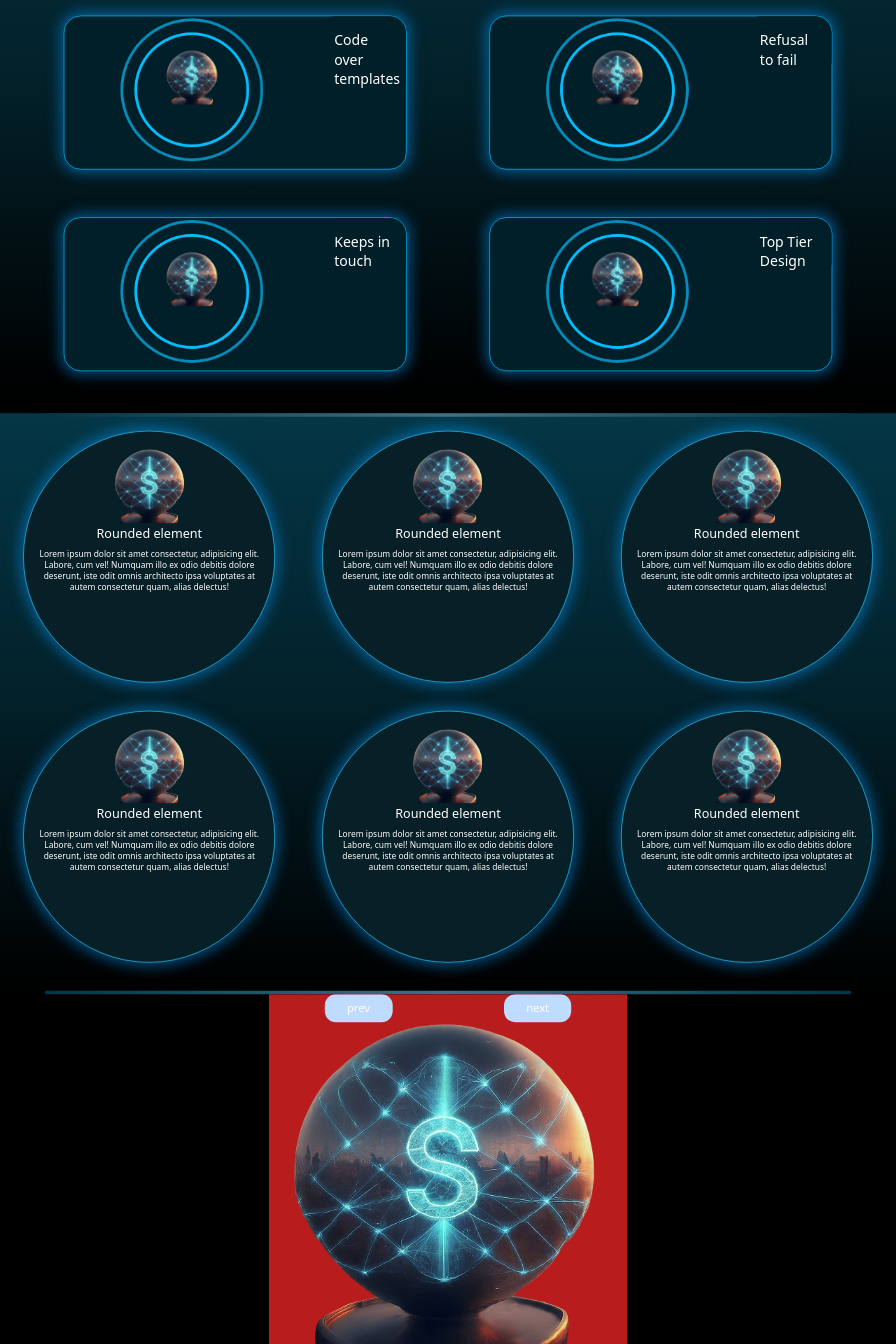
Repository: TMuse333/q3-desings2
Page: /
The author's editor kept a copy of each file at every save. The page is drawn from the files as they stood at one save, then again after a run of saves.
The browser window is 1280 px wide. The pictures show the part of the page from y = 1046 to 2966 px (the page is 2966 px tall), at 70% of full size.
The project was rebuilt for these pictures with package versions that can differ from the ones it lists, and the page was loaded fresh each time. Also part of the build but not shown: vite.config.ts.

Above is the page before, as saved 2024-05-11 13:43:11.

### src/main.tsx
import React from 'react'
import ReactDOM from 'react-dom/client'
import App from './App.js'
import './index.css'
import {ContextProvider} from './context/context'

ReactDOM.createRoot(document.getElementById('root')!).render(
  <ContextProvider>
  <React.StrictMode>
    <App />
  </React.StrictMode>
  </ContextProvider>,
)

### src/App.tsx


import './App.css'

import Homepage from './components/homepage/homepage'

function App() {


  return (
    <>
<Homepage/>
    </>
  )
}

export default App

### src/index.css
@tailwind base;
@tailwind components;
@tailwind utilities;

#root{
    background-color: black;
    height:100vh;
}

body{
    background-color: black;
}

button{
    padding:0.5rem 2rem;
    background-color: black;
    color:white;
    border-radius: 1rem;
}

h1{
    color:white;
    font-size: 2rem;
}

p{
    color:white;
    /* font-size: 1.5rem; */
}

button{
    background-color: #00769e;
}

.glow {
    box-shadow: 0 0 20px 5px #3e7384;
    box-shadow: 0 0 20px 5px #003647;
box-shadow: 0 0 20px 5px rgba(2, 148, 245, 0.5);
}

.glow:hover{
    box-shadow: 0 0 40px 5px rgba(2, 148, 245, 0.5);
}

### src/context/context.tsx
import React, { createContext, useState, useContext, ReactNode, useEffect } from 'react';

// Define the type for the context value
interface GeneralContextType {
  textYPosition: number;
  setTextYPosition: React.Dispatch<React.SetStateAction<number>>;
  isMobile: boolean;
  setIsMobile: React.Dispatch<React.SetStateAction<boolean>>;
  setSecondCircleComplete:React.Dispatch<React.SetStateAction<boolean[]>>;
  secondCircleComplete: boolean[];
  isMobile2: boolean;
  setIsMobile2: React.Dispatch<React.SetStateAction<boolean>>;
  handleCircleComplete: (index: number, value: boolean) => void;
}

// Create the context
export const GeneralContext = createContext<GeneralContextType | undefined>(undefined);

// Create a provider component
export const ContextProvider: React.FC<{ children: ReactNode }> = ({ children }) => {
  // Initialize the value state
  const [textYPosition, setTextYPosition] = useState<number>(0);

  // Detect mobile devices
  const [isMobile, setIsMobile] = useState<boolean>(window.innerWidth <= 655);

  const [isMobile2, setIsMobile2] = useState<boolean>(window.innerWidth <= 655);

  const [secondCircleComplete, setSecondCircleComplete] = useState<boolean[]>(
    Array.from({ length: 7 }, () => false)
  );

  const handleCircleComplete = (index: number, value: boolean) => {
    setSecondCircleComplete((prev) => {
      const newState = [...prev]; // Create a copy of the previous state array
      newState[index] = value; // Update the value at the specified index
      return newState; // Return the new state array
    });
  };



  useEffect(() => {
    const handleScroll = () => {
      setIsMobile(window.innerWidth <= 655);
    };
    window.addEventListener('scroll', handleScroll);
    handleScroll();

    return () => {
      window.removeEventListener('scroll', handleScroll);
    };
  }, []);

  useEffect(() => {
    const handleScroll = () => {
      setIsMobile2(window.innerWidth <= 400);
    };
    window.addEventListener('scroll', handleScroll);
    handleScroll();

    return () => {
      window.removeEventListener('scroll', handleScroll);
    };
  }, []);

  useEffect(() => {
    console.log('is mobile', isMobile);
  }, [isMobile]);

  const contextValue = {
    textYPosition,
    setTextYPosition,
    isMobile,
    setIsMobile,
    secondCircleComplete,
    setSecondCircleComplete,
    isMobile2,
    setIsMobile2,
    handleCircleComplete
  };

  return <GeneralContext.Provider value={contextValue}>{children}</GeneralContext.Provider>;
};

export const useGeneralContext = (): GeneralContextType => {
  const context = useContext(GeneralContext);
  if (!context) {
    throw new Error('useGeneralContext must be used within a ContextProvider');
  }
  return context;
};

### src/App.css
#root {
  max-width: 1280px;
  margin: 0 auto;
  padding: 2rem;
  text-align: center;
}

.logo {
  height: 6em;
  padding: 1.5em;
  will-change: filter;
  transition: filter 300ms;
}
.logo:hover {
  filter: drop-shadow(0 0 2em #646cffaa);
}
.logo.react:hover {
  filter: drop-shadow(0 0 2em #61dafbaa);
}

.h1{
  color:red;
}

@keyframes logo-spin {
  from {
    transform: rotate(0deg);
  }
  to {
    transform: rotate(360deg);
  }
}

@media (prefers-reduced-motion: no-preference) {
  a:nth-of-type(2) .logo {
    animation: logo-spin infinite 20s linear;
  }
}

.card {
  padding: 2em;
}

.read-the-docs {
  color: #888;
}

### src/components/homepage/homepage.tsx
import React from "react";
import { CircleInfoGraphic } from "../circleInfographic/circleInfoGraphic";
import Content from "../content/content";
import q3 from '../../media/q3-visuals-logo-2.png'
import TextFormat from "../textFormat/textFormat";

// import { TextParallaxContentExample } from "../parallaxText/parallaxText";
import MultiLayerParallax from "../mountainParallax/mountainParallax";
import ParticlesComponent from "../particles/particles";
import nobgLaptop from '../../media/Gemini_Generated_Image_r055a1r055a1r055-removebg-preview.png'
import moneyBall from '../../media/futuristic-money-ball-removebg-preview.png'
import { description1 } from "../../data/data";
import AlternatingText from "../alternatingText/alternatingText";

import CircleList from "../circleListElement/circleList";
import Carousel from "../carousel/carousel";


const Homepage: React.FC = () => {

    const images = [
        moneyBall,
        nobgLaptop,
        q3
    ]


    // useEffect(() => {
    //     const loadTime = window.performance.timing.loadEventEnd - window.performance.timing.navigationStart;
    //     console.log('Page load time:', loadTime, 'milliseconds');
    // }, []);



    return (
        <section className="absolute top-0 left-0 w-screen">


            {/* <ParticlesComponent/> */}
            <MultiLayerParallax/>

            {/* <TextParallaxContentExample/> */}

            {/* <Content
            mainTitle='Your digital presence is important'
            image={nobgLaptop}
            customText={null}
            reverse={true}
            description={description1}
            floatingImage={true}
            hasAnimation={true}
            />

            <AlternatingText/>

            <Content
            mainTitle='Benefits of a website'
            image={moneyBall}
            customText={<TextFormat
            isAnimated={true}
            reverse={false}/>}
            reverse={false}
            description={null}
            floatingImage={true}
            hasAnimation={true}

            /> */}



<div className="relative bg-gradient-to-b from-[#043747] via-[#032029] to-transparent w-screen">
<CircleList/>
</div>

<div className="relative bg-gradient-to-b from-[#043747] via-[#032029] to-transparent w-screen">

<CircleInfoGraphic/>
</div>

<div className="max-w-lg mr-auto ml-auto">
<Carousel images={images}

/>
</div>



        </section>
    )
}


export default Homepage

### src/components/circleInfographic/circleInfoGraphic.tsx
import React, {useState,useRef } from "react";
import ball from '../../media/futuristic-money-ball-removebg-preview.png'
import { motion,Variants} from 'framer-motion'
import useIntersectionObserver from "../intersectionObserver/intersectionObserver";
interface CircleProps {
    image:string
}

const CircleElement: React.FC<CircleProps> = ({image}) => {

    const [inView, setInView] = useState<boolean>(false)

    const options = {
        root: null,
        rootMargin: '-25px',
        threshold: 1,
    };

    // Apply intersection observer hook to detect when the component is in view
    const componentRef = useIntersectionObserver(setInView, options);

    const circleVariants:Variants =  {
        initial:{
            opacity:0,
            y:-60
        },
        animate:{
            opacity:1,
            y:0
        }
    }

    return (
        <motion.section
        ref={componentRef}
        variants={circleVariants}
        initial='initial'
        animate={inView ? 'animate' : 'initial'}
         className={`mt-5 mb-5
        rounded-full bg-[#071f26] hover:bg-[#0e3a47]
        mr-auto ml-auto transition-all
        h-[95vw] w-[95vw] border border-[#2dc0eb]
        flex flex-col  shadow-xl max-w-[360px]
        max-h-[360px]
        sm:w-[48vw] sm:h-[48vw]
        lg:w-[32vw] lg:h-[32vw]
        ${inView ? 'glow' : ''}`}>

            <div className="mt-4">
            <img className="w-[35vw]
            max-w-[115px] max-h-[115px] h-[35vw]
            sm:w-[10vw] sm:h-[10vw] object-cover
            mr-auto ml-auto"
            src={image}
            />
            <h1 className="text-3xl sm:text-lm lg:text-lg ">Rounded element</h1>
            <p className=" ml-auto mr-auto text-sm sm:text-xs pr-5 pl-5 pt-2">Lorem ipsum dolor sit amet consectetur, adipisicing elit. Labore, cum vel! Numquam illo ex odio debitis dolore deserunt, iste odit omnis architecto ipsa voluptates at autem consectetur quam, alias delectus!</p>
            </div>
        </motion.section>
    )
}


export const CircleInfoGraphic = () => {

    return (
        <>
          <div className="mt-5
        w-[90vw] h-[5px]
         bg-gradient-to-r from-[#003647] via-[#3e7384] to-[#003647]
        ml-auto mr-auto rounded-[200rem]
        ">

       </div>
        <section className={`flex
         justify-center flex-col items-center
          sm:grid sm:grid-cols-2 lg:grid-cols-3
           gap-4 lg:gap-0 w-screen max-w-[1500px]  ml-auto mr-auto
          `}>
            <CircleElement
            image={ball}/>
             <CircleElement
            image={ball}/>
                  <CircleElement
            image={ball}/>
             <CircleElement
            image={ball}/>
             <CircleElement
            image={ball}/>
                  <CircleElement
            image={ball}/>
        </section>
        <div className="mt-5
        w-[90vw] h-[5px]
         bg-gradient-to-r from-[#003647] via-[#3e7384] to-[#003647]
        ml-auto mr-auto rounded-[200rem]">

       </div>
       </>
    )
}

### src/components/mountainParallax/mountainParallax.tsx
import  { useRef } from "react";
import bottom from '../../media/bottom-mountain.png'

import full from '../../media/no-bg-mountain.png'
import q3 from '../../media/q3-words.png'
import { motion, useScroll, useTransform } from 'framer-motion'

export default function MultiLayerParallax() {
    const ref = useRef(null);
    const { scrollYProgress } = useScroll({
      target: ref,
      offset: ["start start", "end start"],
    });
    const backgroundY = useTransform(scrollYProgress, [0, 1], ["0%", "100%"]);
    const textY = useTransform(scrollYProgress, [0, 1], ["-20%", "200%"]);

    return (
      <div
        ref={ref}
        className="w-full h-screen overflow-hidden relative grid place-items-center"
      >
       {/* <motion.div className="z-10 relative"
         style={{ y: textY }}> */}
        <motion.img
style={{
    y:textY
}}
        src={q3}
          className="relative z-10 b"
        />
        {/* <motion.h1 className="relative z-10"
        style={{
            y:textY
        }}>
            slatry
        </motion.h1> */}


        <motion.p style={{
             y:textY
        }}
         className="text-white text-2xl relative z-10  mt-[-30rem] sm:-mt-[40rem]">Elevating Brands with discipline and creativity
         </motion.p>
         {/* </motion.div> */}


        <motion.div
          className="absolute inset-0 z-0"
          style={{
            backgroundImage: `url(${full})`,
            backgroundPosition: "bottom",
            backgroundSize: "cover",
            y: backgroundY,
          }}
        />
        <div
          className="absolute inset-0 z-20"
          style={{
            backgroundImage: `url(${bottom})`,
            backgroundPosition: "bottom",
            backgroundSize: "cover",
          }}
        />
      </div>
    );
  }

### src/components/circleListElement/circleList.tsx
import React, {useState} from "react";
import AppearingCircle from "../circleContent/appearingCircle";
import ball from '../../media/futuristic-money-ball-removebg-preview.png'
import {motion, Variants} from 'framer-motion'
import { useGeneralContext } from "../../context/context";
import laptop from '../../media/Gemini_Generated_Image_r055a1r055a1r055-removebg-preview.png'
import useIntersectionObserver from "../intersectionObserver/intersectionObserver";

interface CircleProps {
    image:string,
    title: string,
    description:string

    index:number
secondCircleComplete: boolean,
handleCircleComplete: (index: number, value: boolean) => void;
}

const CircleListElement: React.FC<CircleProps> = ({image,title, description,
    handleCircleComplete,secondCircleComplete,index
}) => {

    const [descriptionClicked, setDescriptionClicked] = useState<boolean>(false)

    function handleDescriptionClick() {
        setDescriptionClicked(!descriptionClicked)
    }





    const { isMobile }  = useGeneralContext()

    const headerVariants: Variants = {
        initial:{
            opacity:0,
            y: isMobile ? -20 : 0,
        },
        animate:{
            opacity:1,
            y:0,
            transition:{
                delay: 0.3
            }
        }

    }




    return (
        <div className=" relative flex glow justify-center  md:h-[220px]
        h-[220px] sm:h-[auto]
        md:flex-row w-[calc(100vw-5px)]  md:w-[40vw] sm2:w-[40vw] items-center sm:items-start mb-10 md:mt-3 bg-[#011f29]
        rounded-3xl max-w-[490px] ml-auto mr-auto border border-q-blue">
<AppearingCircle
secondCircleComplete={secondCircleComplete}
handleCircleComplete={handleCircleComplete}
image={image}
index={index}


/>
<section className="relative text-left pr-0 flex flex-col bg-[#011f29] rounded-3xl
h-auto min-h-0 max-h-full   items-center z-1">
<motion.h1
onClick={handleDescriptionClick}
variants={headerVariants}
initial={'initial'}
animate={secondCircleComplete ? 'animate' : 'initial'}
 className="text-white text-xl w-[80px]  ml-auto mr-auto mt-5
 "
>{title}
 </motion.h1>

<p className={`rounded-lg text-left mt-3 pl-3 pr-3 bg-blue-600 transition-height ease-in duration-300 bg-blue-800 ${descriptionClicked ? ' h-[220px] w-[125px] overflow-scroll pt-5 border-2 border-rose-500' : 'h-0 w-[125px]  overflow-hidden pt-0'}`}>
  {description}
</p>
</section>

        </div>
    )
}



const CircleList: React.FC = () => {

    const {secondCircleComplete, handleCircleComplete}
    = useGeneralContext()

    return (
        <>
        <h1>We get it done</h1>
 <section className="relative
         sm2:grid sm2:grid-cols-2 gap-4 max-w-[1200px] ml-auto
         mr-auto justify-center items-center
">
            {/* <div className="-translate-x-5"> */}
            <CircleListElement
            handleCircleComplete={handleCircleComplete}
            secondCircleComplete={secondCircleComplete[0]}
        index={0}
            image={ball}
            title='Absolute Tenacity'
            description='Be a man of your word'
            />
            {/* </div> */}
            <CircleListElement
            secondCircleComplete={secondCircleComplete[1]}
            handleCircleComplete={handleCircleComplete}
            index={1}
            image={laptop}

            title='Extreme Discipline'
            description='Gym. Code. Quantum Realm. Repeat'
            />

            <CircleListElement
            secondCircleComplete={secondCircleComplete[2]}
            handleCircleComplete={handleCircleComplete}
            index={2}
            image={ball}
            title='Code over templates'
            description='We are not template using pussies we write banging code'
            />

            <CircleListElement
            secondCircleComplete={secondCircleComplete[3]}
            handleCircleComplete={handleCircleComplete}
            index={3}
            image={ball}
            title='Refusal to fail'
            description='Gym. Code. Quantum Realm. Repeat'
            />

<CircleListElement
secondCircleComplete={secondCircleComplete[4]}
handleCircleComplete={handleCircleComplete}
index={4}
            image={ball}
            title='Keeps in touch'
            description='We are not template using pussies we write banging code'
            />

            <CircleListElement
            secondCircleComplete={secondCircleComplete[5]}
            handleCircleComplete={handleCircleComplete}
            index={5}
            image={ball}
            title='Top Tier Design'
            description='Gym. Code. Quantum Realm. Repeat'
            />



        </section>
        </>
    )
}

export default CircleList

### src/components/carousel/carousel.tsx
import React, {useState} from 'react'


interface CarouselProps {
    images:string[]
}


const Carousel:React.FC<CarouselProps> = ({images}) =>{

    const [imageIndex, setImageIndex] = useState<number>(0)

    return (
        <section className='overflow-hidden relative'>

            <div className='flex bg-red-700 relative'>
                {images.map((image,index) => (
                    <img src={image}
                    key={index}
                    className='h-[500px]'
                    style={{
                        transform:`translateX(-${imageIndex * 100}%)`
                    }}
                    />
                ))}
                    <div className='absolute w-[100%]
                    flex flex-row justify-around'>
                <button className='bg-blue-200'>
                    prev
                </button>
                <button className='bg-blue-200'>
                    next
                </button>
            </div>
            </div>



        </section>
    )
}

export default Carousel

### src/components/intersectionObserver/intersectionObserver.tsx
import { useEffect, useRef, Dispatch, SetStateAction } from "react";

interface IntersectionObserverOptions {
  root: Element | null;
  rootMargin?: string;
  threshold?: number | number[];
}

const useIntersectionObserver = (
  setInView: Dispatch<SetStateAction<boolean>>,
  options: IntersectionObserverOptions
) => {
  const componentRef = useRef<HTMLDivElement>(null);

  useEffect(() => {
    const observer = new IntersectionObserver(([entry]) => {
      // Update the state based on whether the component is in view
      if (entry.isIntersecting) {
        setInView(true);
        observer.disconnect();
      }
    }, options);

    if (componentRef.current) {
      observer.observe(componentRef.current);
    }

    return () => {
      if (componentRef.current) {
        observer.unobserve(componentRef.current);
      }
    };
  }, [setInView, options]);

  return componentRef;
};

export default useIntersectionObserver;

Loaded but not shown: index.html (common file); tailwind.config.js (21 lines, source omitted); src/components/circleContent/appearingCircle.tsx (297 lines, source omitted)

After the next 2 saves:
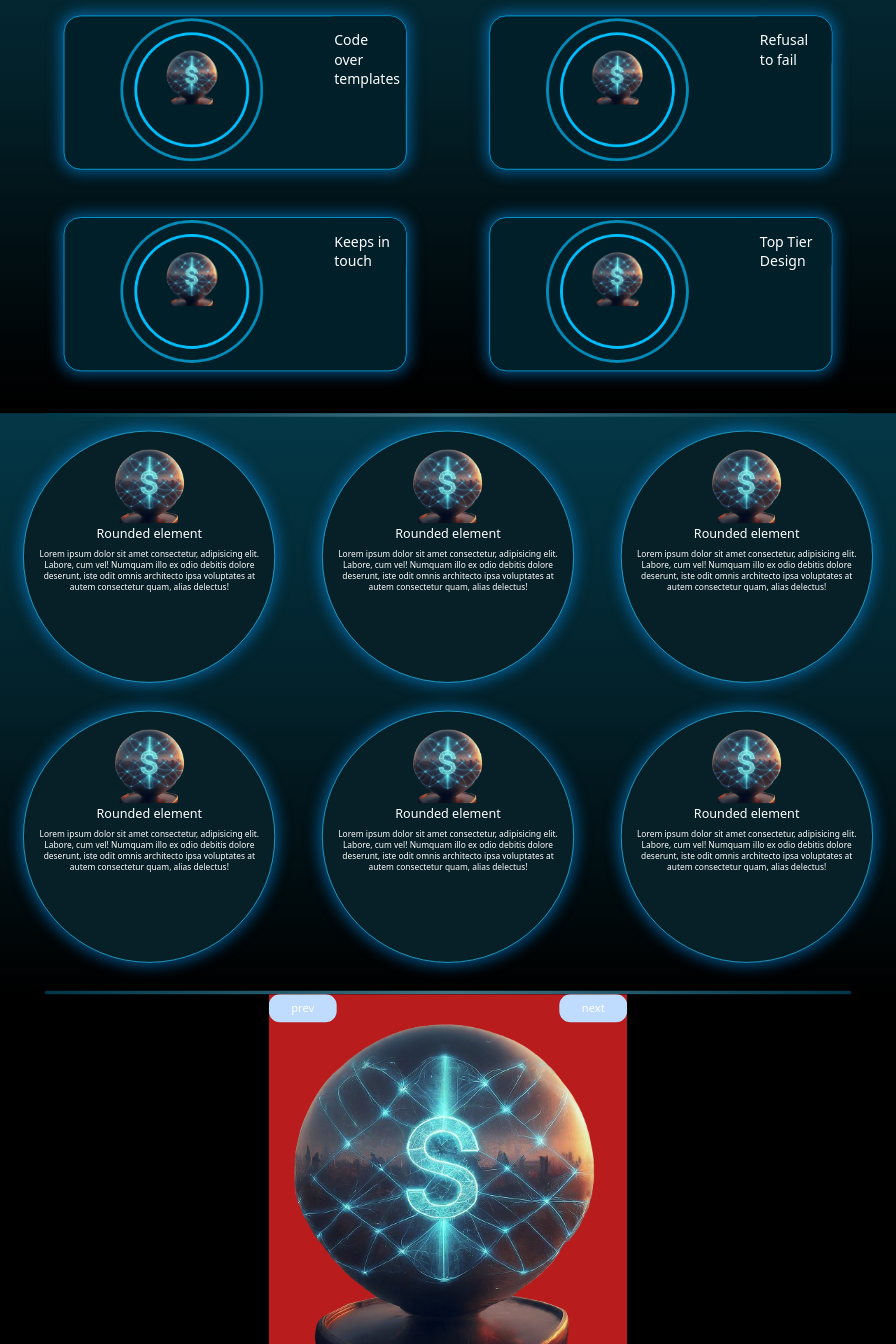
The 2 saves are shown as one change because they came seconds apart.
The last was saved 8 s later.
--- a/src/components/carousel/carousel.tsx
+++ b/src/components/carousel/carousel.tsx
@@ -24,7 +24,8 @@ const Carousel:React.FC<CarouselProps> = ({images}) =>{
                     />
                 ))}
                     <div className='absolute w-[100%]
-                    flex flex-row justify-around'>
+                    flex flex-row justify-between
+                    '>
                 <button className='bg-blue-200'>
                     prev
                 </button>
